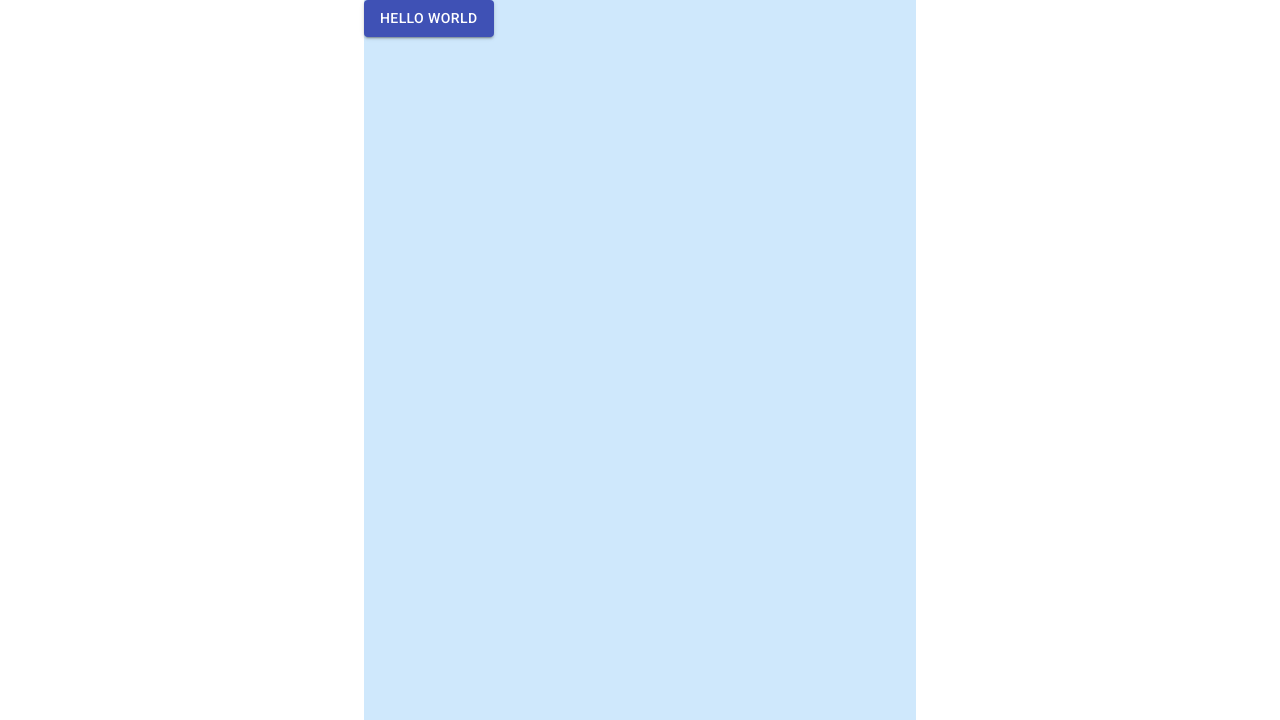
Repository: cherguiyacine/gitHubSearch
Page: /
An editor plug-in stored every save of this project. The page is shown before and after the next save, followed by the edit.
The browser window is 1280 px wide. The pictures show the whole page.
The project was rebuilt for these pictures with package versions that can differ from the ones it lists, and the page was loaded fresh each time. Also part of the build but not shown: src/Component/Layout/Navbar.js, src/Component/Users/UserItem.js, src/Component/Layout/Spinner.js, src/Component/Users/Users.js, src/Component/Users/Search.js, src/App.js.

Above is the page before, as saved 2019-11-21 23:25:45.

After the next save:
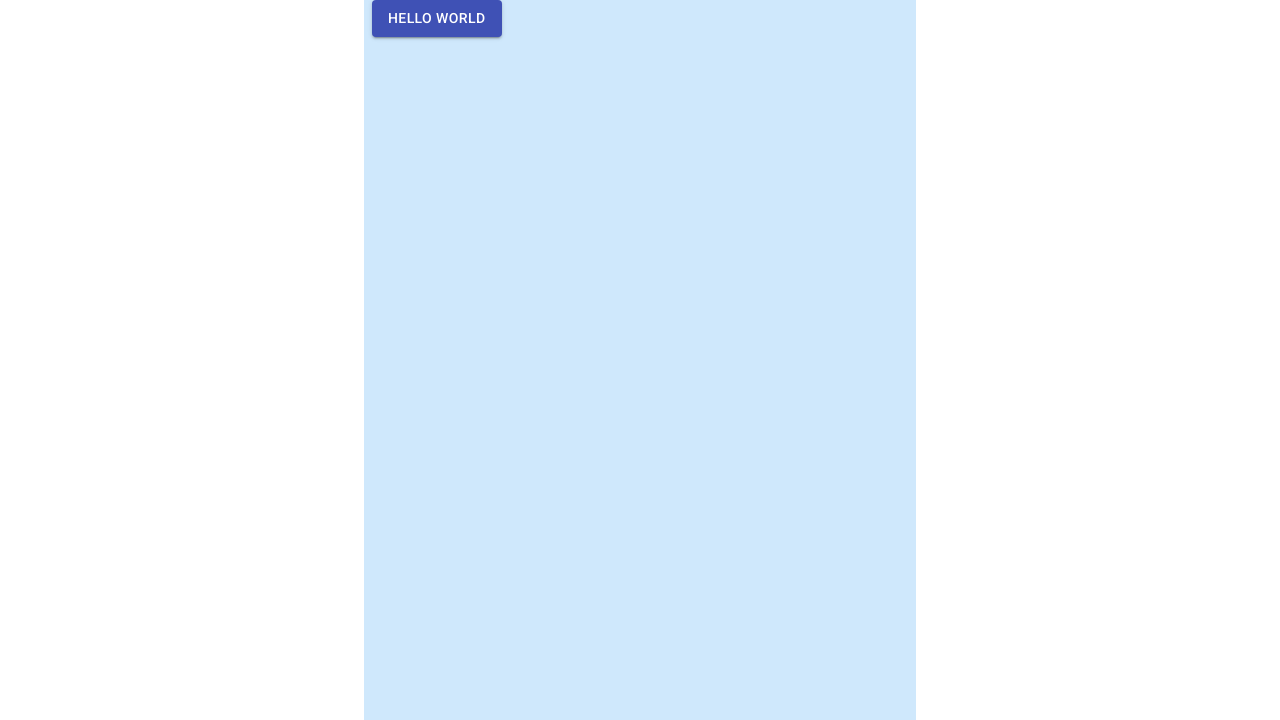
Saved 62 s later.
--- a/src/Authentification.js
+++ b/src/Authentification.js
@@ -19,9 +19,11 @@ export class Authentification extends Component {
             component='div'
             style={{ backgroundColor: "#cfe8fc", height: "100vh" }}
           >
-            <Button variant='contained' color='primary'>
-              Hello World
-            </Button>
+            <Box component='span' m={1}>
+              <Button variant='contained' color='primary'>
+                Hello World
+              </Button>
+            </Box>
           </Typography>
         </Container>
       </React.Fragment>
